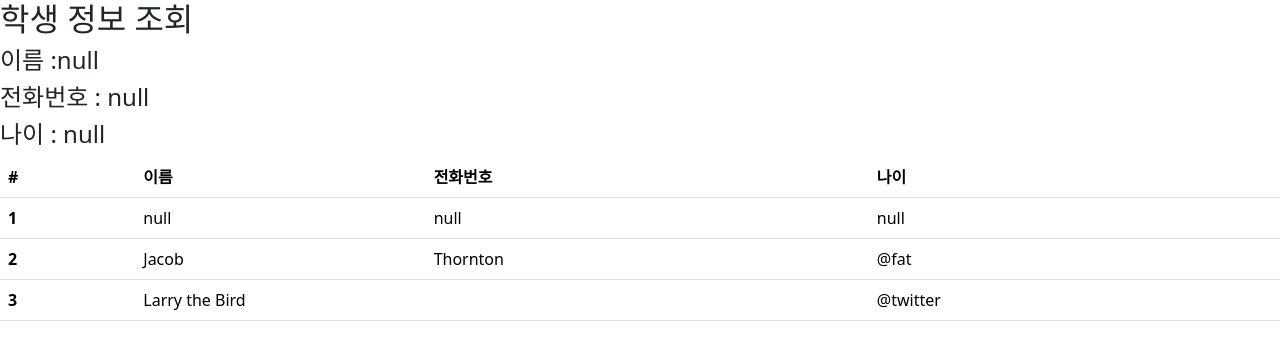
Repository: mi-ci/ai
Page: http://localhost/jsp01/ch06/student.jsp
The author's editor kept a copy of each file at every save. The page is drawn from the files as they stood at one save, then again after the next save.
The browser window is 1280 px wide. The pictures show the whole page.
The page is served by Tomcat 9. Other server files are loaded and not shown.

Above is the page before, as saved 2024-01-19 02:04:30.

### jsp01/src/main/webapp/ch06/student.jsp
<%@ page language="java" contentType="text/html; charset=UTF-8"
    pageEncoding="UTF-8"%>
<!DOCTYPE html>
<html>
<head>
<meta charset="UTF-8">
<title>Insert title here</title>
<link href="https://cdn.jsdelivr.net/npm/bootstrap@5.3.2/dist/css/bootstrap.min.css" rel="stylesheet" integrity="sha384-T3c6CoIi6uLrA9TneNEoa7RxnatzjcDSCmG1MXxSR1GAsXEV/Dwwykc2MPK8M2HN" crossorigin="anonymous">
</head>
<body>
	<jsp:useBean id="s" class="jsp01.Student"></jsp:useBean>
	<%
		s.setName(request.getParameter("name"));
		s.setPhone(request.getParameter("phone"));
		s.setAge(request.getParameter("age"));
	%>
	<h2>학생 정보 조회</h2>
	<h4>이름 :<%= s.getName() %></h4>
	<h4>전화번호 : <%= s.getPhone() %></h4>
	<h4>나이 : <%= s.getAge() %></h4>

	<table class="table">
	  <thead>
	    <tr>
	      <th scope="col">#</th>
	      <th scope="col">이름</th>
	      <th scope="col">전화번호</th>
	      <th scope="col">나이</th>
	    </tr>
	  </thead>
	  <tbody>
	    <tr>
	      <th scope="row">1</th>
	      <td><%=s.getName() %></td>
	      <td><%=s.getPhone() %></td>
	      <td><%=s.getAge() %></td>
	    </tr>
	    <tr>
	      <th scope="row">2</th>
	      <td>Jacob</td>
	      <td>Thornton</td>
	      <td>@fat</td>
	    </tr>
	    <tr>
	      <th scope="row">3</th>
	      <td colspan="2">Larry the Bird</td>
	      <td>@twitter</td>
	    </tr>
	  </tbody>
	</table>
</body>
</html>

### jsp01/src/main/java/jsp01/Student.java
package jsp01;

import java.io.Serializable;

public class Student implements Serializable {
	private String name;
	private String phone;
	private String age;

	public Student() {
		// TODO Auto-generated constructor stub
	}

	public String getName() {
		return name;
	}

	public void setName(String name) {
		this.name = name;
	}

	public String getPhone() {
		return phone;
	}

	public void setPhone(String phone) {
		this.phone = phone;
	}

	public String getAge() {
		return age;
	}

	public void setAge(String age) {
		this.age = age;
	}


}

After the next save:
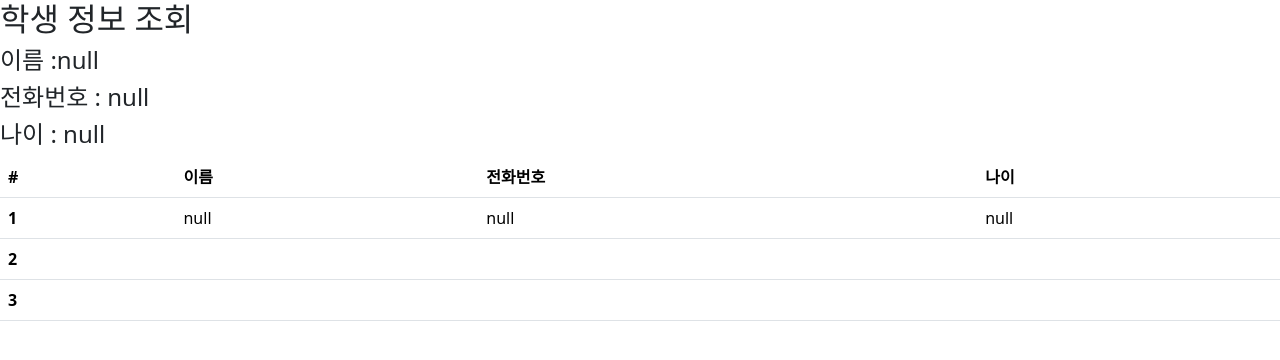
Saved 31 s later.
--- a/jsp01/src/main/webapp/ch06/student.jsp
+++ b/jsp01/src/main/webapp/ch06/student.jsp
@@ -37,14 +37,15 @@
 	    </tr>
 	    <tr>
 	      <th scope="row">2</th>
-	      <td>Jacob</td>
-	      <td>Thornton</td>
-	      <td>@fat</td>
+	      <td></td>
+	      <td></td>
+	      <td></td>
 	    </tr>
 	    <tr>
 	      <th scope="row">3</th>
-	      <td colspan="2">Larry the Bird</td>
-	      <td>@twitter</td>
+	      <td></td>
+	      <td></td>
+	      <td></td>
 	    </tr>
 	  </tbody>
 	</table>
